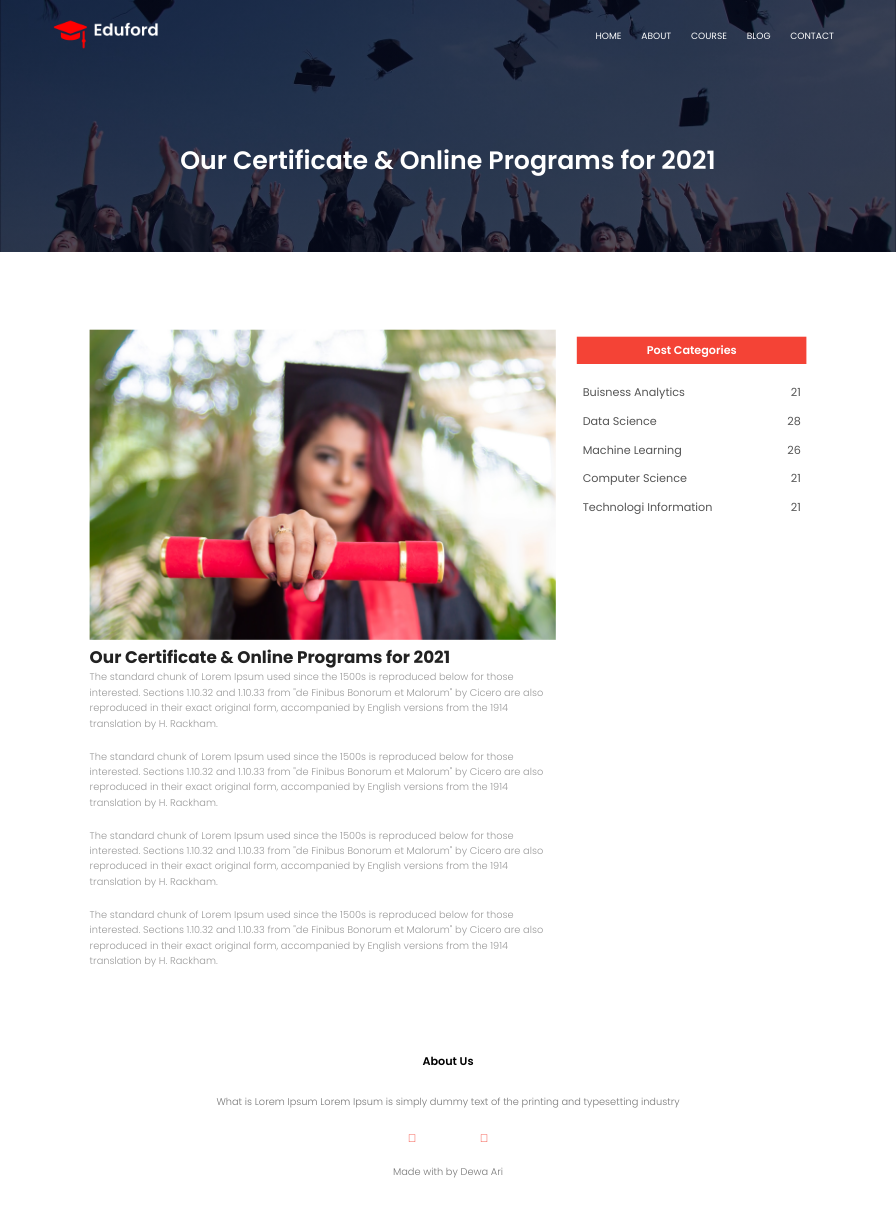
Repository: dewaary/company-profile
Page: blog.html
The author's editor kept a copy of each file at every save. The page is drawn from the files as they stood at one save, then again after the next save.
The browser window is 1280 px wide. The pictures show the whole page, at 70% of full size.

Above is the page before, as saved 2021-05-08 00:03:45.

After the next save:
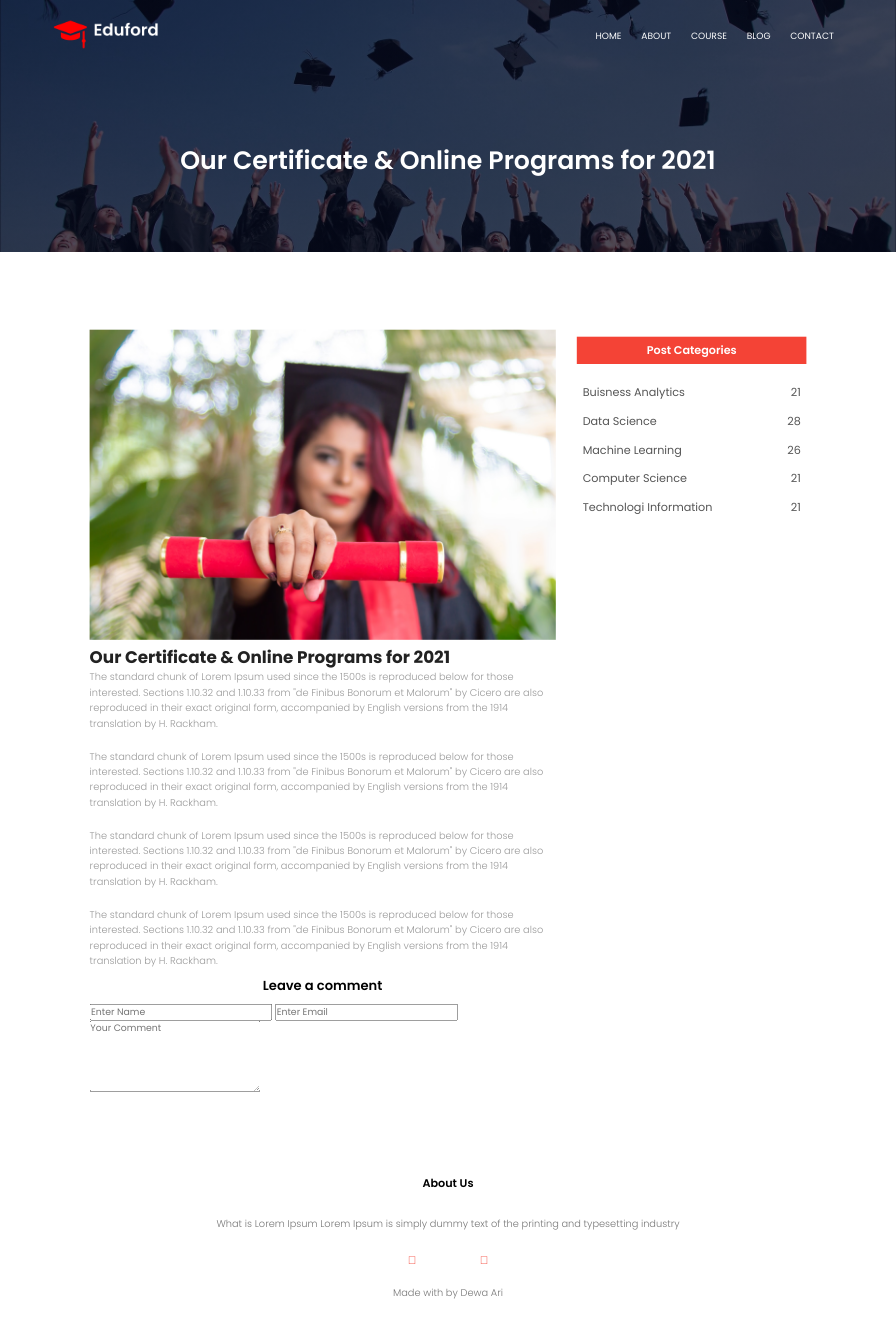
Saved 2 min 54 s later.
--- a/blog.html
+++ b/blog.html
@@ -71,7 +71,13 @@
                 </p>
 
                 <div class="comment-box">
-                    <h3></h3>
+                    <h3>Leave a comment</h3>
+
+                    <form class="comment-form">
+                        <input type="text" placeholder="Enter Name">
+                        <input type="email" placeholder="Enter Email">
+                        <textarea rows="5" placeholder="Your Comment"></textarea>
+                    </form>
                 </div>
             </div>
             <div class="blog-right">
